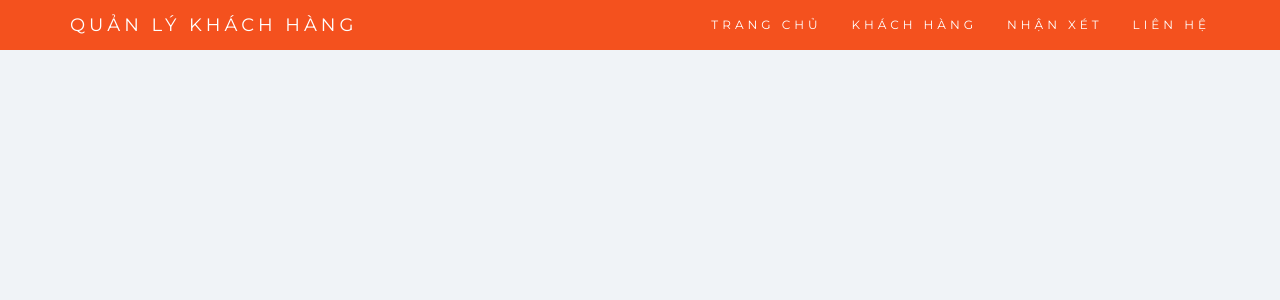
Repository: huutien1904/bt2-ltw
Page: index.html
An editor plug-in stored every save of this project. The page is shown before and after the next save, followed by the edit.
The browser window is 1280 px wide. The pictures show the whole page.

Above is the page before, as saved 2021-11-03 16:00:12.

### index.html
<!DOCTYPE html>
<html lang="en">
<head>
    <meta charset="UTF-8">
    <meta http-equiv="X-UA-Compatible" content="IE=edge">
    <meta name="viewport" content="width=device-width, initial-scale=1.0">
    <title>Quản Lý Khách Hàng</title>
    <link rel="stylesheet" href="https://maxcdn.bootstrapcdn.com/bootstrap/3.4.1/css/bootstrap.min.css">
    <link href="https://fonts.googleapis.com/css?family=Montserrat" rel="stylesheet" type="text/css">
    <link href="https://fonts.googleapis.com/css?family=Lato" rel="stylesheet" type="text/css">
    <!-- style -->
    <link rel="stylesheet" href="./style.css">
    <!-- font roboto -->
    <link rel="preconnect" href="https://fonts.googleapis.com">
    <link rel="preconnect" href="https://fonts.gstatic.com" crossorigin>
    <link href="https://fonts.googleapis.com/css2?family=Roboto:ital,wght@0,300;0,400;0,500;0,700;0,900;1,700&display=swap" rel="stylesheet">
    <!-- javacript boostrap -->
    <script src="https://ajax.googleapis.com/ajax/libs/jquery/3.5.1/jquery.min.js"></script>
    <script src="https://maxcdn.bootstrapcdn.com/bootstrap/3.4.1/js/bootstrap.min.js"></script>
</head>
<body>
    <nav class="navbar navbar-default navbar-fixed-top">
        <div class="container">
          <div class="navbar-header">
            <a class="navbar-brand" href="#myPage">QUẢN LÝ KHÁCH HÀNG</a>
          </div>
          <div class="collapse navbar-collapse" id="myNavbar">
            <ul class="nav navbar-nav navbar-right">
              <li><a href="#about">TRANG CHỦ</a></li>
              <li><a href="#services">KHÁCH HÀNG</a></li>
              <li><a href="#pricing">NHẬN XÉT</a></li>
              <li><a href="#contact">LIÊN HỆ</a></li>
            </ul>
          </div>
        </div>
    </nav>
</body>
</html>

### style.css
*{

}
:root {
  --primary-color: #0f9d58;
  --backgound-color: #f0f3f7;
  --secon-color: #9da2ad;
  --grey: #7a7a7a;
  --white: #ffffff;
}

* {
  box-sizing: inherit;
  text-decoration: none;
  margin: 0;
  padding: 0;
}
body,
html {

  line-height: 1.6rem;
  font-family: 'Roboto', sans-serif;
  box-sizing: border-box;
  scroll-behavior: smooth;
  position: relative;
  overflow-x: hidden;
  /* overflow: hidden; */
  background-color: var(--backgound-color);
}

  body {
    font: 400 15px Lato, sans-serif;
    line-height: 1.8;
    color: #818181;

  }
  h2 {
    font-size: 24px;
    text-transform: uppercase;
    color: #303030;
    font-weight: 600;
    margin-bottom: 30px;
  }
  h4 {
    font-size: 19px;
    line-height: 1.375em;
    color: #303030;
    font-weight: 400;
    margin-bottom: 30px;
  }
  .jumbotron {
    background-color: #f4511e;
    color: #fff;
    padding: 100px 25px;
    font-family: Montserrat, sans-serif;
  }
  .container-fluid {
    padding: 60px 50px;
  }
  .bg-grey {
    background-color: #f6f6f6;
  }
  .logo-small {
    color: #f4511e;
    font-size: 50px;
  }
  .logo {
    color: #f4511e;
    font-size: 200px;
  }
  .thumbnail {
    padding: 0 0 15px 0;
    border: none;
    border-radius: 0;
  }
  .thumbnail img {
    width: 100%;
    height: 100%;
    margin-bottom: 10px;
  }
  .carousel-control.right, .carousel-control.left {
    background-image: none;
    color: #f4511e;
  }
  .carousel-indicators li {
    border-color: #f4511e;
  }
  .carousel-indicators li.active {
    background-color: #f4511e;
  }
  .item h4 {
    font-size: 19px;
    line-height: 1.375em;
    font-weight: 400;
    font-style: italic;
    margin: 70px 0;
  }
  .item span {
    font-style: normal;
  }
  .panel {
    border: 1px solid #f4511e;
    border-radius:0 !important;
    transition: box-shadow 0.5s;
  }
  .panel:hover {
    box-shadow: 5px 0px 40px rgba(0,0,0, .2);
  }
  .panel-footer .btn:hover {
    border: 1px solid #f4511e;
    background-color: #fff !important;
    color: #f4511e;
  }
  .panel-heading {
    color: #fff !important;
    background-color: #f4511e !important;
    padding: 25px;
    border-bottom: 1px solid transparent;
    border-top-left-radius: 0px;
    border-top-right-radius: 0px;
    border-bottom-left-radius: 0px;
    border-bottom-right-radius: 0px;
  }
  .panel-footer {
    background-color: white !important;
  }
  .panel-footer h3 {
    font-size: 32px;
  }
  .panel-footer h4 {
    color: #aaa;
    font-size: 14px;
  }
  .panel-footer .btn {
    margin: 15px 0;
    background-color: #f4511e;
    color: #fff;
  }
  .navbar {
    margin-bottom: 0;
    background-color: #f4511e;
    z-index: 9999;
    border: 0;
    font-size: 12px !important;
    line-height: 1.42857143 !important;
    letter-spacing: 4px;
    border-radius: 0;
    font-family: Montserrat, sans-serif;
  }
  .navbar li a, .navbar .navbar-brand {
    color: #fff !important;
  }
  .navbar-nav li a:hover, .navbar-nav li.active a {
    color: #f4511e !important;
    background-color: #fff !important;
  }
  .navbar-default .navbar-toggle {
    border-color: transparent;
    color: #fff !important;
  }
  footer .glyphicon {
    font-size: 20px;
    margin-bottom: 20px;
    color: #f4511e;
  }
  .slideanim {visibility:hidden;}
  .slide {
    animation-name: slide;
    -webkit-animation-name: slide;
    animation-duration: 1s;
    -webkit-animation-duration: 1s;
    visibility: visible;
  }
  @keyframes slide {
    0% {
      opacity: 0;
      transform: translateY(70%);
    }
    100% {
      opacity: 1;
      transform: translateY(0%);
    }
  }
  @-webkit-keyframes slide {
    0% {
      opacity: 0;
      -webkit-transform: translateY(70%);
    }
    100% {
      opacity: 1;
      -webkit-transform: translateY(0%);
    }
  }
  @media screen and (max-width: 768px) {
    .col-sm-4 {
      text-align: center;
      margin: 25px 0;
    }
    .btn-lg {
      width: 100%;
      margin-bottom: 35px;
    }
  }
  @media screen and (max-width: 480px) {
    .logo {
      font-size: 150px;
    }
  }

After the next save:
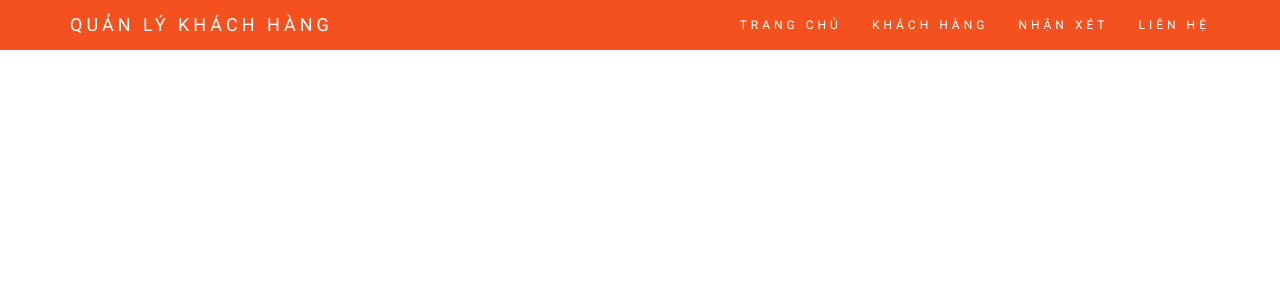
Saved 16 s later.
--- a/style.css
+++ b/style.css
@@ -1,33 +1,6 @@
 *{
-
+  font-family: 'Roboto', sans-serif;
 }
-:root {
-  --primary-color: #0f9d58;
-  --backgound-color: #f0f3f7;
-  --secon-color: #9da2ad;
-  --grey: #7a7a7a;
-  --white: #ffffff;
-}
-
-* {
-  box-sizing: inherit;
-  text-decoration: none;
-  margin: 0;
-  padding: 0;
-}
-body,
-html {
-
-  line-height: 1.6rem;
-  font-family: 'Roboto', sans-serif;
-  box-sizing: border-box;
-  scroll-behavior: smooth;
-  position: relative;
-  overflow-x: hidden;
-  /* overflow: hidden; */
-  background-color: var(--backgound-color);
-}
-
   body {
     font: 400 15px Lato, sans-serif;
     line-height: 1.8;
